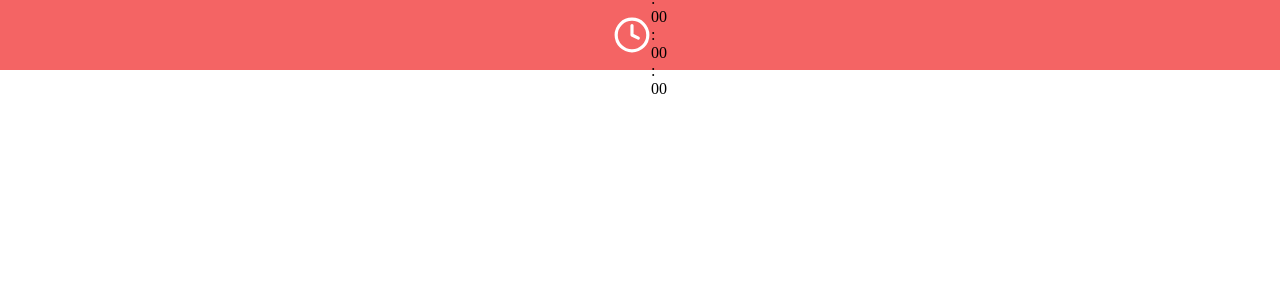
Repository: mateus-henrique-silva/landing_drop
Page: index.html
An editor plug-in stored every save of this project. The page is shown before and after the next save, followed by the edit.
The browser window is 1280 px wide. The pictures show the whole page.

Above is the page before, as saved 2022-08-26 08:59:22.

### index.html
<!DOCTYPE html>
<html lang="en">
  <head>
    <meta charset="UTF-8" />
    <meta http-equiv="X-UA-Compatible" content="IE=edge" />
    <meta name="viewport" content="width=device-width, initial-scale=1.0" />
    <link rel="stylesheet" href="./src/CSS/Footer/Styles.css" />
    <link rel="stylesheet" href="./src/CSS/Header/styles.css" />
    <link rel="stylesheet" href="./src/CSS/Main/styles.css" />
    <link rel="stylesheet" href="./src/CSS/Global.css" />
    <link rel="stylesheet" href="./src/CSS/Header/Clock/styles.css">
    <title>Drop Líder Brasil</title>
  </head>
  <body>
    <header>
      <img src="./src/Assets/clock.svg" alt="imagem icon" srcset="" />

      <div class="regressive-count">
        <div id="day">00</div>
        <span>:</span>
        <div id="hour">00</div>
        <span>:</span>
        <div id="minute">00</div>
        <span>:</span>
        <div id="sec">00</div>
      </div>
    </header>
    <main></main>
    <footer></footer>
    <script src="./src/Script/clock/script.js"></script>
  </body>
</html>

### src/CSS/Header/styles.css
header{
    width:100%;
    position: fixed;
    background-color: #f46464;
    height:70px;
    display:flex;
    align-items:center;
    justify-content:center;
}


header img{
    width:38px;
    height:38x;
}

### src/CSS/Header/Clock/styles.css
header.regressive-count{
    display: flex;
    color: white;
    width:100%;

}

### src/Assets/clock.svg
<svg xmlns="http://www.w3.org/2000/svg" width="24" height="24" viewBox="0 0 24 24" fill="none" color="white" stroke="currentColor" stroke-width="2" stroke-linecap="round" stroke-linejoin="round" class="feather feather-clock"><circle cx="12" cy="12" r="10"></circle><polyline points="12 6 12 12 16 14"></polyline></svg>

### src/Script/clock/script.js
let to = new Date("oct 30 2022 18:00:0");
function uptade() {
  let from = new Date();
  diff = to - from;
  (day = setTwoDigit(Math.floor(diff / 1000 / 60 / 60 / 24))),
    (hour = setTwoDigit(Math.floor(diff / 1000 / 60 / 60) % 24)),
    (minute = setTwoDigit(Math.floor(diff / 1000 / 60) % 60)),
    (sec = setTwoDigit(Math.floor(diff / 1000) % 60)),
    document.querySelector("#day").innerText = day;
  document.querySelector("#hour").innerText = hour;
  document.querySelector("#minute").innerText = minute;
  document.querySelector("#sec").innerText = sec;
}

Loaded but not shown: src/CSS/Global.css (common file); src/CSS/Footer/Styles.css (no copy from this time; the picture is the same without it); src/CSS/Main/styles.css (no copy from this time; the picture is the same without it)

After the next save:
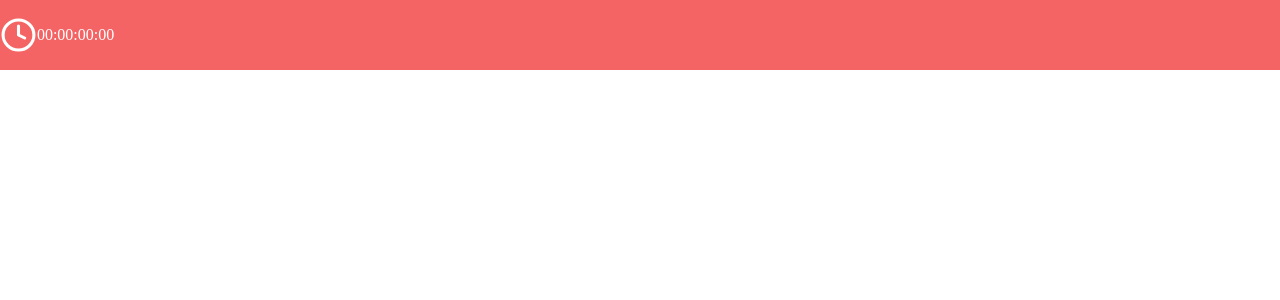
Saved 7 s later.
--- a/src/CSS/Header/Clock/styles.css
+++ b/src/CSS/Header/Clock/styles.css
@@ -1,4 +1,4 @@
-header.regressive-count{
+header .regressive-count{
     display: flex;
     color: white;
     width:100%;
